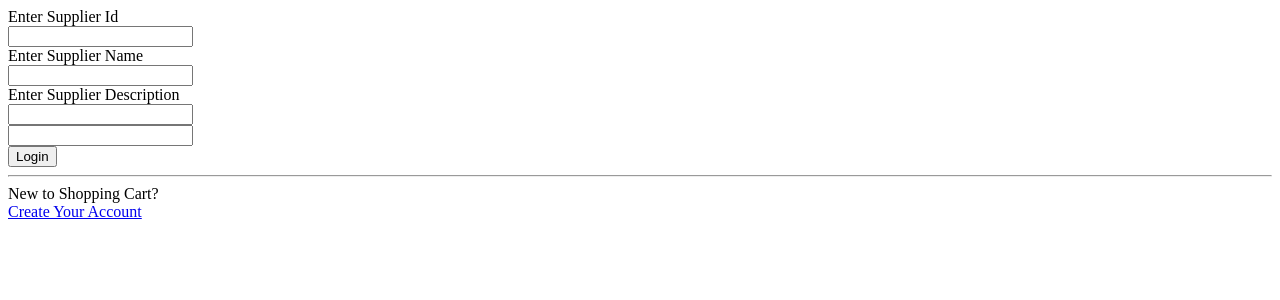
Repository: KaustubhKamat/ShoppingCartProject
Page: http://localhost/NewShoppingCart/WEB-INF/views/AddSupplier.jsp
The author's editor kept a copy of each file at every save. The page is drawn from the files as they stood at one save, then again after the next save.
The browser window is 1280 px wide. The pictures show the whole page.
The page is served by Tomcat 9. Nobody is signed in. Other server files are loaded and not shown. The template is opened directly, without the code that normally fills it, so the values that code supplies are empty.

Above is the page before, as saved 2017-01-12 09:26:19.

### NewShoppingCart/src/main/webapp/WEB-INF/views/AddSupplier.jsp
<%@ page language="java" contentType="text/html; charset=ISO-8859-1"
    pageEncoding="ISO-8859-1"%>
<!DOCTYPE html PUBLIC "-//W3C//DTD HTML 4.01 Transitional//EN" "http://www.w3.org/TR/html4/loose.dtd">
<html>
<head>
<meta http-equiv="Content-Type" content="text/html; charset=ISO-8859-1">
<title>Insert title here</title>
</head>
<body>
<form class="form-horizontal" action="validate_supplier" method="post">
<div class="form-group">
<label class="col-sm-5 control-label">Enter Supplier Id</label>
<div class="col-sm-15">
<input type="text" name="supplier_id">
</div>
</div>
<div class="form-group">
<label class="col-sm-5 control-label">Enter Supplier Name</label>
<div class="col-sm-15">
<input type="text" name="supplier_name">
</div>
</div>
<div class="form-group">
<label class="col-sm-5 control-label">Enter Supplier Description</label>
<div class="col-sm-15">
<input type="text" name="supplier_name">
</div>
</div>
<div class="form-group">
<label class="col-sm-5 control-label"></label>
<div class="col-sm-15">
<input type="password" name="Password"><br>
</div>
</div>
<div class="form-group">
    <div class="col-sm-offset-5 col-sm-20">
      <button type="submit" class="btn btn-default">Login</button>
    </div>
  </div>
  <hr>
<div class="col-sm-offset-5 col-sm-15">
<label class="col-sm-4control-label">New to Shopping Cart?</label>
</div>
<div class="col-sm-offset-5 col-sm-15">
<a href="Register"> Create Your Account</a>
</div>
</form>
</body>
</html>

After the next save:
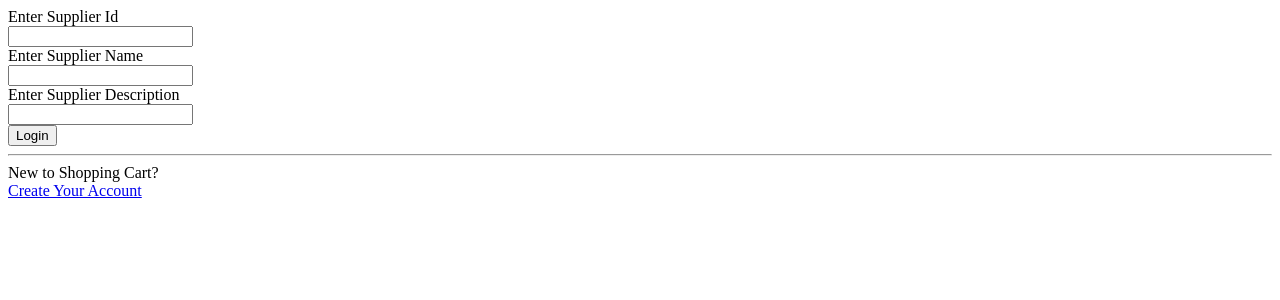
Saved 13 s later.
--- a/NewShoppingCart/src/main/webapp/WEB-INF/views/AddSupplier.jsp
+++ b/NewShoppingCart/src/main/webapp/WEB-INF/views/AddSupplier.jsp
@@ -27,12 +27,6 @@
 </div>
 </div>
 <div class="form-group">
-<label class="col-sm-5 control-label"></label>
-<div class="col-sm-15">
-<input type="password" name="Password"><br>
-</div>
-</div>
-<div class="form-group">
     <div class="col-sm-offset-5 col-sm-20">
       <button type="submit" class="btn btn-default">Login</button>
     </div>
